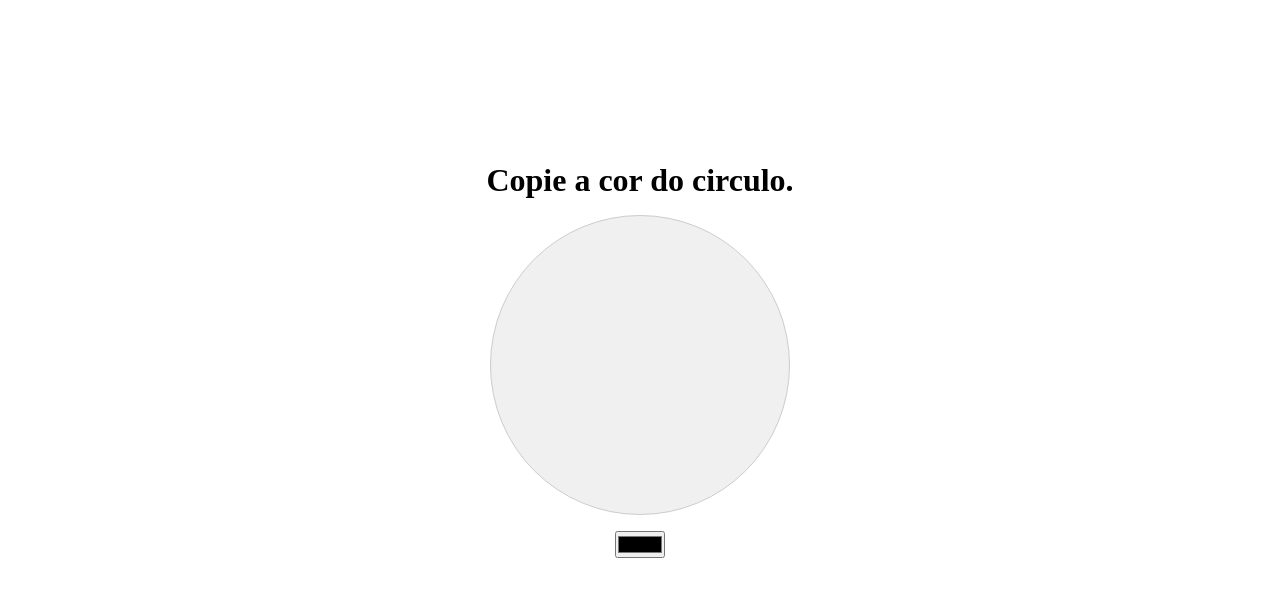
Repository: CarlosEduardoVdeOliveira/100_dias_de_codigo
Page: Dia 11/index.html
The author's editor kept a copy of each file at every save. The page is drawn from the files as they stood at one save, then again after the next save.
The browser window is 1280 px wide. The pictures show the whole page.
Some web fonts or font styles are not loaded; a fallback is used.

Above is the page before, as saved 2024-09-13 14:17:32.

### Dia 11/index.html
<!DOCTYPE html>
<html lang="en">
<head>
  <meta charset="UTF-8">
  <meta name="viewport" content="width=device-width, initial-scale=1.0">
  <link rel="stylesheet" href="./style.css">
  <title>Manipulando Elemento</title>
</head>
<body>
  <main>
    <h1>Copie a cor do circulo.</h1>
    <div class="shape-color"></div>
    <input type="color" name="input-shape-color" id="input-shape-color">
  </main>
  <script src="./script.js"></script>
</body>
</html>

### Dia 11/style.css
@import url('https://fonts.googleapis.com/css2?family=Inria+Sans:ital,wght@0,300;0,400;0,700;1,300;1,400;1,700&display=swap');
*{
  margin: 0;
  padding: 0;
  box-sizing: border-box;
}
body{
  font-family: ;
}
main{
  display: flex;
  align-items: center;
  justify-content: center;
  gap: 16px;
  flex-direction: column;
  height: 100vh;
}
.shape-color{
  width: 300px;
  height: 300px;
  border: 1px solid #ccc;
  background-color: #f0f0f0;
  border-radius: 50%;

}

### Dia 11/script.js
const circle = document.querySelector(".shape-color");
const inputColor = document.querySelector("#input-shape-color");

function changeCircleColor(color) {
  circle.style.background = color;
};

inputColor.addEventListener("input", () => {
  const color = inputColor.value;
  changeCircleColor(color);
});

circle.addEventListener("click", () => {
  const color = getComputedStyle(circle).backgroundColor;
  return navigator.clipboard.writeText(color)
});

After the next save:
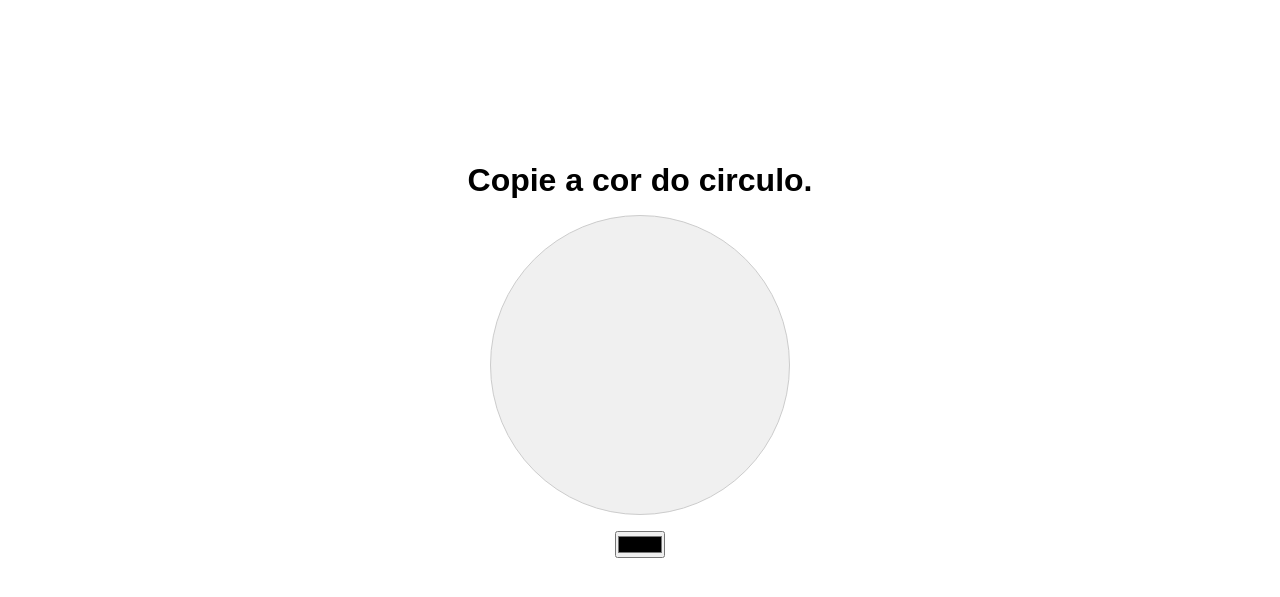
Saved 21 s later.
--- a/Dia 11/style.css
+++ b/Dia 11/style.css
@@ -5,7 +5,8 @@
   box-sizing: border-box;
 }
 body{
-  font-family: ;
+  font-family: "Inria Sans", sans-serif;
+  font-weight: 400;
 }
 main{
   display: flex;
